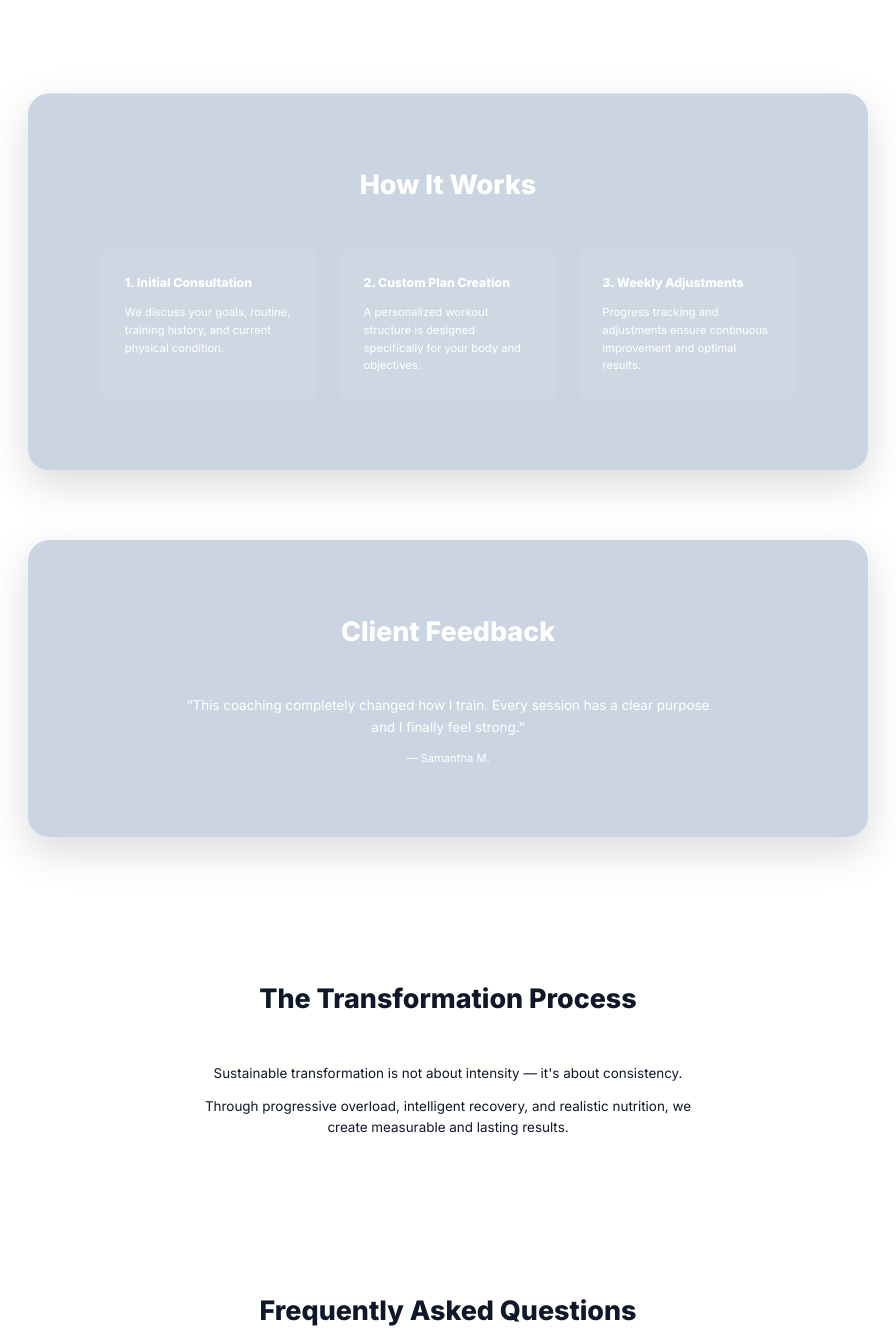
Repository: davidfsillva/Hailey-Reed-Coaching
Page: index.html
These files come from the project's save history. The page is drawn as it stood at one moment and after a run of saves; the edit follows.
The browser window is 1280 px wide. The pictures show the part of the page from y = 1731 to 3651 px (the page is 5223 px tall), at 70% of full size.

Above is the page before, as saved 2026-02-11 18:24:48.

After the next 3 saves:
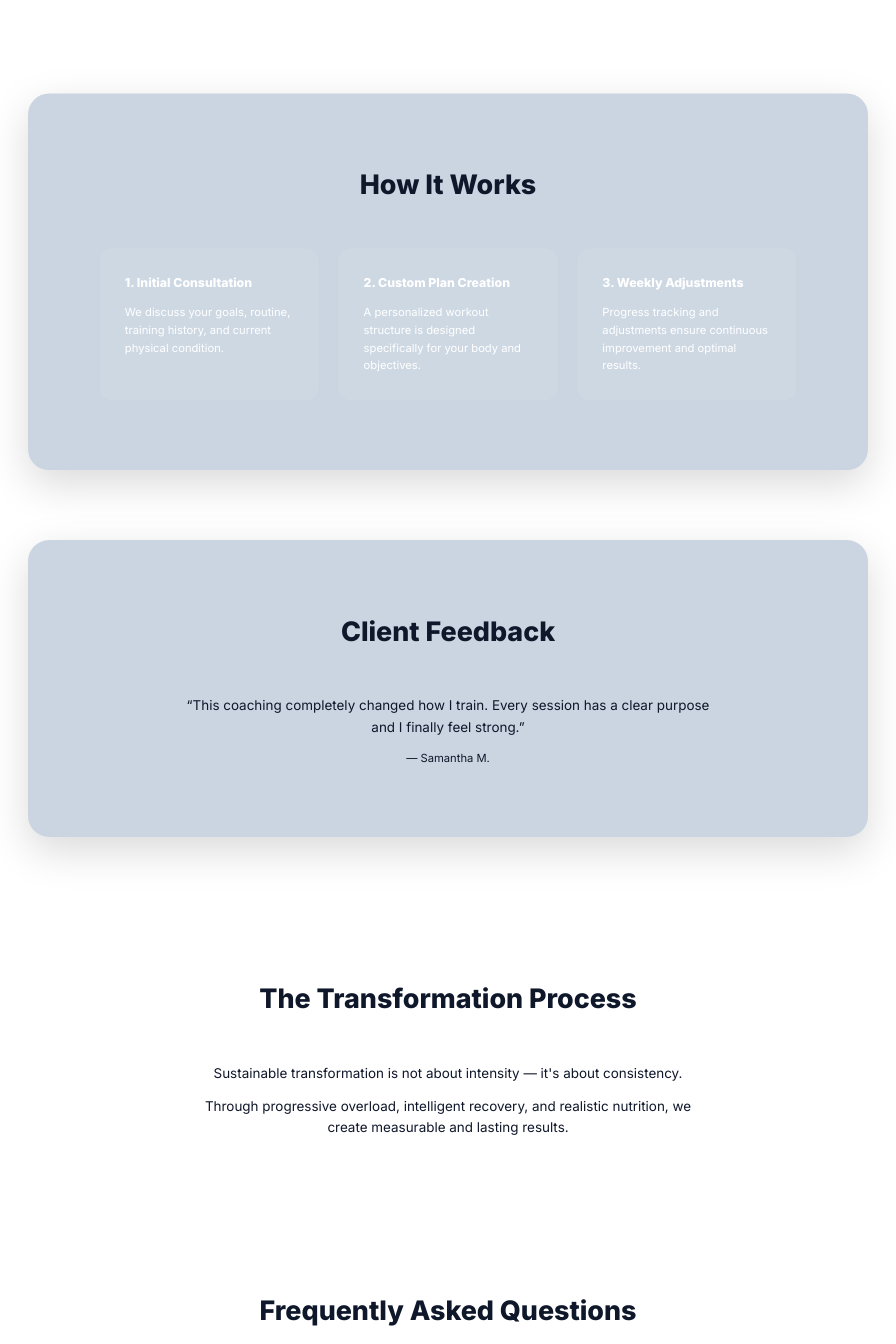
The 3 saves are shown as one change because they came seconds apart.
The last was saved 20 s later.
--- a/style.css
+++ b/style.css
@@ -241,7 +241,7 @@ background: linear-gradient(120deg, var(--pink), var(--blue));  color: white;
 .dark {
   background: var(--muted);
   border-radius: 30px;
-  color: white;
+  color: var(--dark);
   margin: 100px auto;
   padding: 100px 8%;
   box-shadow: 0 20px 60px rgba(0,0,0,0.15);
